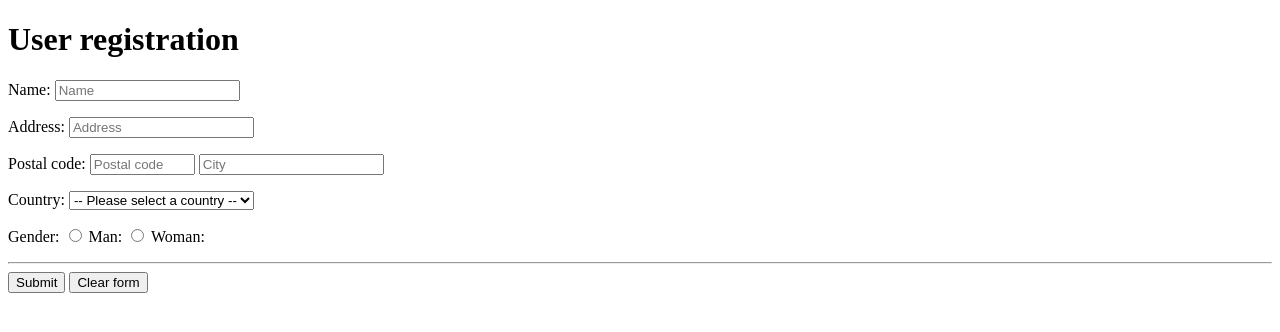
Repository: Filip-Husic/AW_frontend
Page: ex3Forms.html
An editor plug-in stored every save of this project. The page is shown before and after the next save, followed by the edit.
The browser window is 1280 px wide. The pictures show the whole page.

Above is the page before, as saved 2022-11-23 11:44:41.

### ex3Forms.html
<!DOCTYPE html>
<html lang="en">

<head>
    <meta charset="UTF-8">
    <meta http-equiv="X-UA-Compatible" content="IE=edge">
    <meta name="viewport" content="width=device-width, initial-scale=1.0">
    <title>HTML - Forms</title>
</head>

<body>
    <h1>User registration</h1>
    <form action="process.php">
        <p>
            <label for="name">Name:</label>
            <input type="text" id="name" name="name" maxlength="80" placeholder="Name" required>
        </p>
        <p>
            <label for="address">Address:</label>
            <input type="text" id="address" name="address" maxlength="80" placeholder="Address" required>
        </p>
        <p>
            <label for="pc">Postal code:</label>
            <input type="text" id="pc" name="pc" size="10" maxlength="10" placeholder="Postal code" required>
            <input type="text" id="pc_city" name="pc_city" size="20" maxlength="20" placeholder="City" required>
        </p>
        <p>
            <label for="country">Country:</label>
            <select name="country" id="country">
                <option value="">-- Please select a country --</option>
                <option value="hr">Croatia</option>
                <option value="pt">Portugal</option>
                <option value="sk">Slovakia</option>
                <option value="it">Italy</option>
            </select>
        </p>
        <p>
            Gender:
            <input type="radio" name="gender" id="man">
            <label for="man">Man:</label>
            <input type="radio" name="gender" id="woman">
            <label for="woman">Woman:</label>
        </p>
        <hr>
        <button type="submit">Submit</button>
        <button type="reset">Clear form</button>
    </form>
</body>

</html>

After the next save:
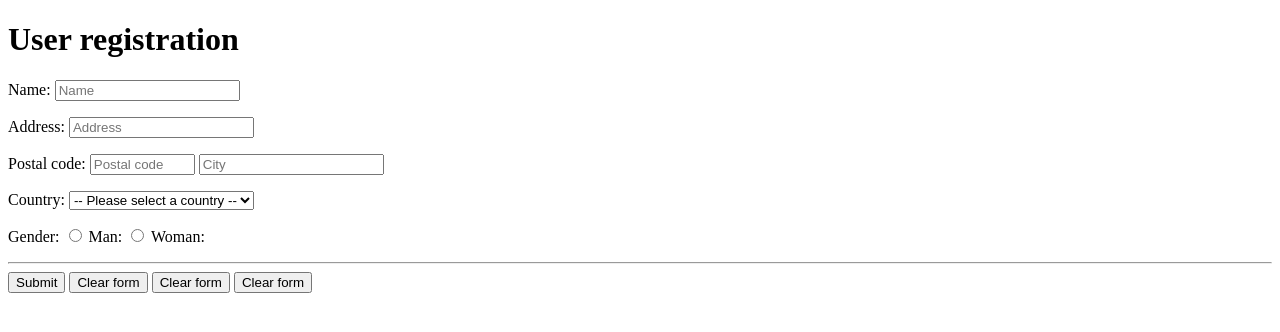
Saved 45 s later.
--- a/ex3Forms.html
+++ b/ex3Forms.html
@@ -44,6 +44,8 @@
         <hr>
         <button type="submit">Submit</button>
         <button type="reset">Clear form</button>
+        <button type="reset">Clear form</button>
+        <button type="reset">Clear form</button>
     </form>
 </body>
 

After the save that followed:
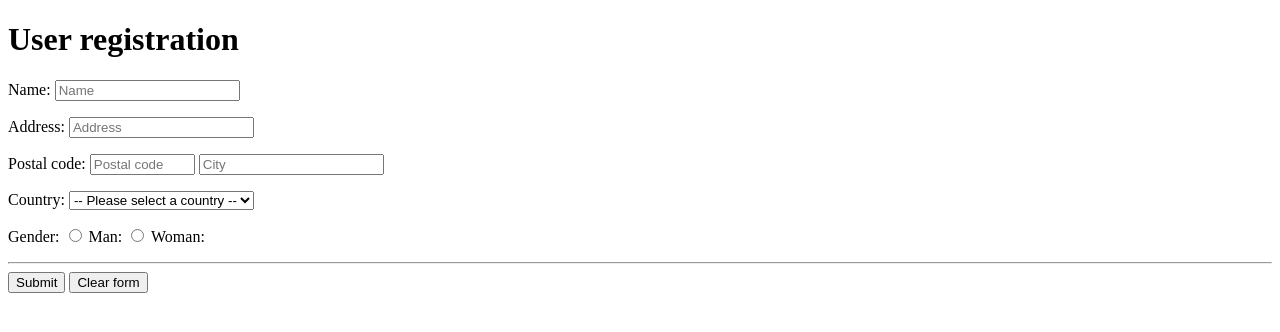
Saved 28 s later.
--- a/ex3Forms.html
+++ b/ex3Forms.html
@@ -44,8 +44,6 @@
         <hr>
         <button type="submit">Submit</button>
         <button type="reset">Clear form</button>
-        <button type="reset">Clear form</button>
-        <button type="reset">Clear form</button>
     </form>
 </body>
 
